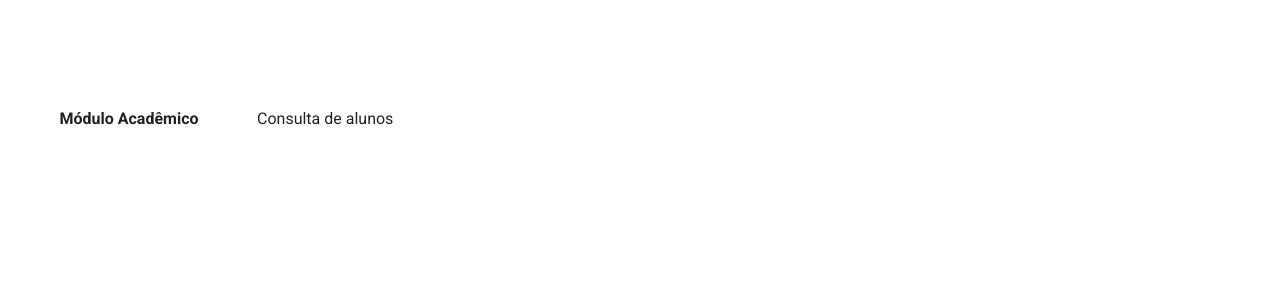
Repository: sergiohidekiono/vue-student
Page: /
These files come from the project's save history. The page is drawn as it stood at one moment and after the next save; the edit follows.
The browser window is 1280 px wide. The pictures show the whole page.
The project was rebuilt for these pictures with package versions that can differ from the ones it lists, and the page was loaded fresh each time. Also part of the build but not shown: vue.config.js.

Above is the page before, as saved 2024-08-07 09:20:06.

### src/App.vue
<template>
  <v-app>
    <v-main class="wrapper">
      <StudentList class="wrapper" />
    </v-main>
  </v-app>
</template>

<script>
import StudentList from './components/student-list';

export default {
  name: 'App',

  components: {
    StudentList,
  },

  data: () => ({
    //
  }),
};
</script>

<style>
.wrapper {
  width: 100vw;
  height: 100vh;
  margin: 0;
}
</style>

### src/components/student-list.vue
<template>
    <v-container>
        <v-row>
            <div class="d-flex align-start">
                <v-img :src="require('../assets/logo.png')" class="my-3" />
            </div>
        </v-row>
        <v-row>
            <v-col cols="2" class="font-weight-bold">
                Módulo Acadêmico
            </v-col>
            <v-col cols="10">
                Consulta de alunos
            </v-col>
        </v-row>
    </v-container>
</template>
<script>
</script>

Loaded but not shown: public/index.html (common file); src/main.js (common file); src/plugins/vuetify.js (common file)

After the next save:
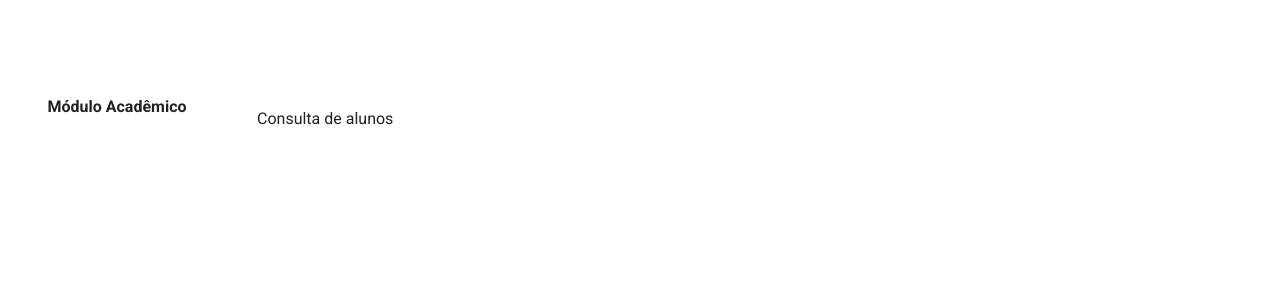
Saved 47 s later.
--- a/src/components/student-list.vue
+++ b/src/components/student-list.vue
@@ -7,7 +7,9 @@
         </v-row>
         <v-row>
             <v-col cols="2" class="font-weight-bold">
-                Módulo Acadêmico
+                <v-row>Módulo Acadêmico</v-row>
+                <v-row></v-row>
+
             </v-col>
             <v-col cols="10">
                 Consulta de alunos
